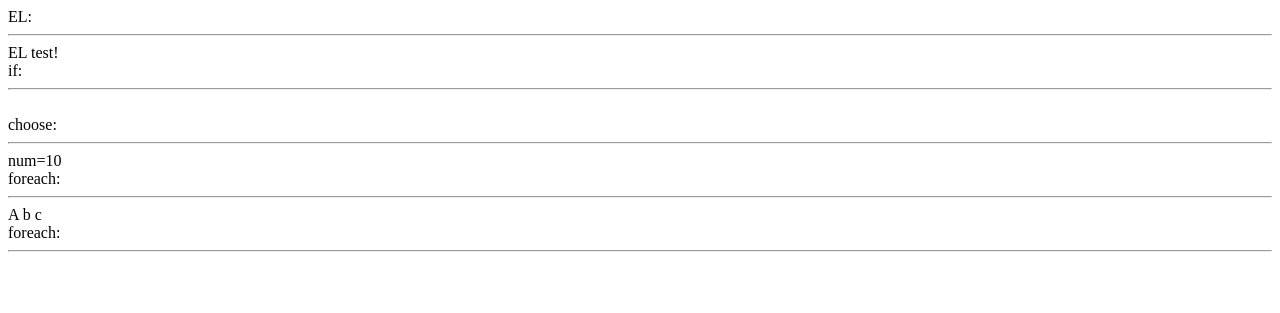
Repository: icankeep/Java
Page: http://localhost/web-crud/test.jsp
The author's editor kept a copy of each file at every save. The page is drawn from the files as they stood at one save, then again after a run of saves.
The browser window is 1280 px wide. The pictures show the whole page.
The page is served by Tomcat 9. Other server files are loaded and not shown.

Above is the page before, as saved 2018-12-04 11:47:03.

### workspace/web-crud/webapp/test.jsp
<%@ page language="java" contentType="text/html; charset=UTF-8" import="java.util.Arrays"%>
<%@taglib uri="http://java.sun.com/jsp/jstl/core" prefix="c"%>
<!DOCTYPE html PUBLIC "-//W3C//DTD HTML 4.01 Transitional//EN" "http://www.w3.org/TR/html4/loose.dtd">
<html>
<head>
<meta http-equiv="Content-Type" content="text/html; charset=UTF-8">
<title>Insert title here</title>
</head>
<body>
	EL:
	<hr/>
	<%
		String test = "EL test!";
		request.setAttribute("test", test);
		request.setAttribute("num", 10);
		request.setAttribute("str",Arrays.asList("A","b","c"));
	%>
	${test}
	<br/>
	if:
	<hr/>
	<c:if test="${num > 10}">num>10</c:if>
	<br/>
	choose:
	<hr/>
	<c:choose>
		<c:when test="${num == 10}">num=10</c:when>
		<c:otherwise>num!=10</c:otherwise>
	</c:choose>
	<br/>
	foreach:
	<hr/>
	<c:forEach items="${str}" var="s">
		${s}
	</c:forEach>
	<br/>
	foreach:
	<hr/>
	<c:forEach begin="1" step="1" end="10" var="num"></c:forEach>

</body>
</html>

After the next 2 saves:
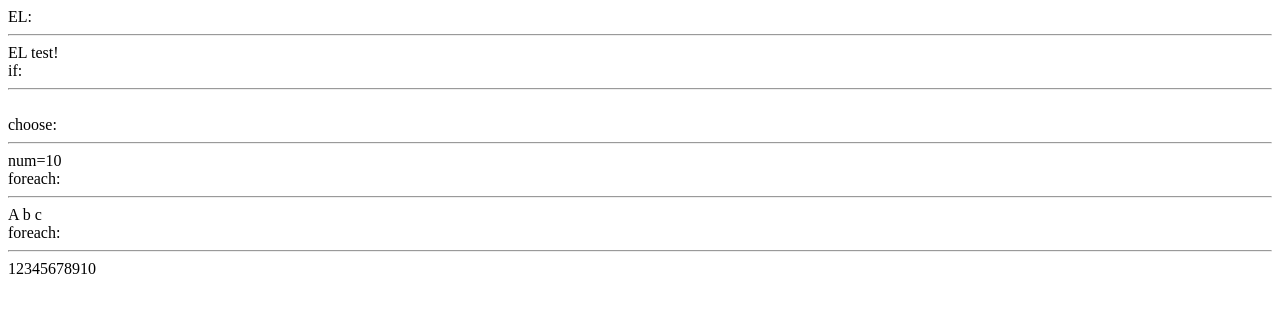
The 2 saves are shown as one change because they came seconds apart.
The last was saved 7 s later.
--- a/workspace/web-crud/webapp/test.jsp
+++ b/workspace/web-crud/webapp/test.jsp
@@ -36,7 +36,7 @@
 	<br/>
 	foreach:
 	<hr/>
-	<c:forEach begin="1" step="1" end="10" var="num"></c:forEach>
+	<c:forEach begin="1" step="1" end="10" var="num">${num}</c:forEach>
 
 </body>
 </html>
